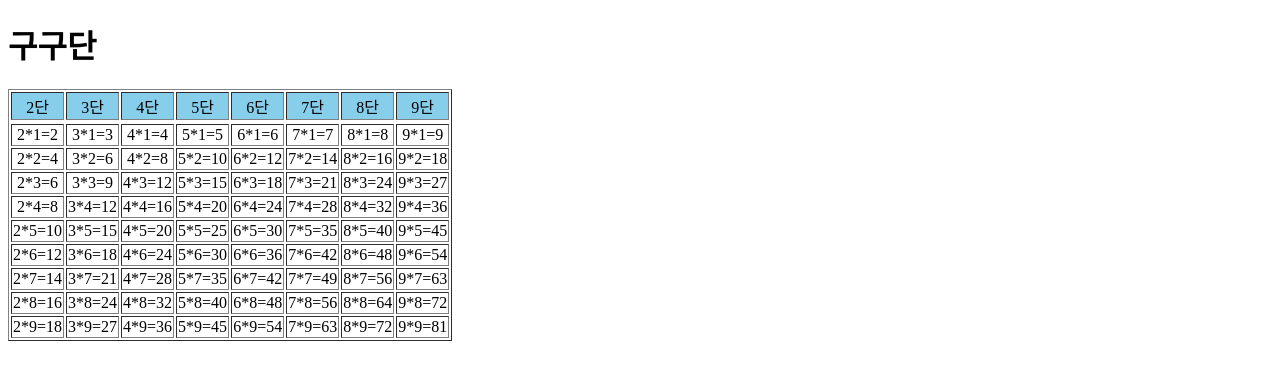
Repository: jihyeon00/java_web_sol
Page: http://localhost/jspweb_07/gugu.jsp
The author's editor kept a copy of each file at every save. The page is drawn from the files as they stood at one save, then again after the next save.
The browser window is 1280 px wide. The pictures show the whole page.
The page is served by Tomcat 9.

Above is the page before, as saved 2024-01-11 03:25:20.

After the next save:
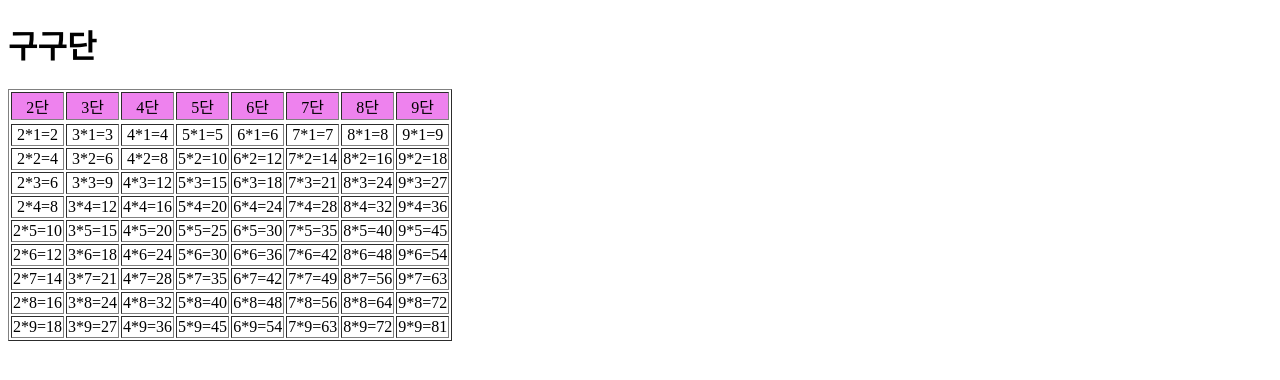
Saved 11 s later.
--- a/workspace_stsb/jspweb_07/src/main/webapp/gugu.jsp
+++ b/workspace_stsb/jspweb_07/src/main/webapp/gugu.jsp
@@ -11,7 +11,7 @@
 		text-align: center;
 	}
 	#headTr{
-		background-color: skyblue;
+		background-color: violet;
 	}
 </style>
 <body>
